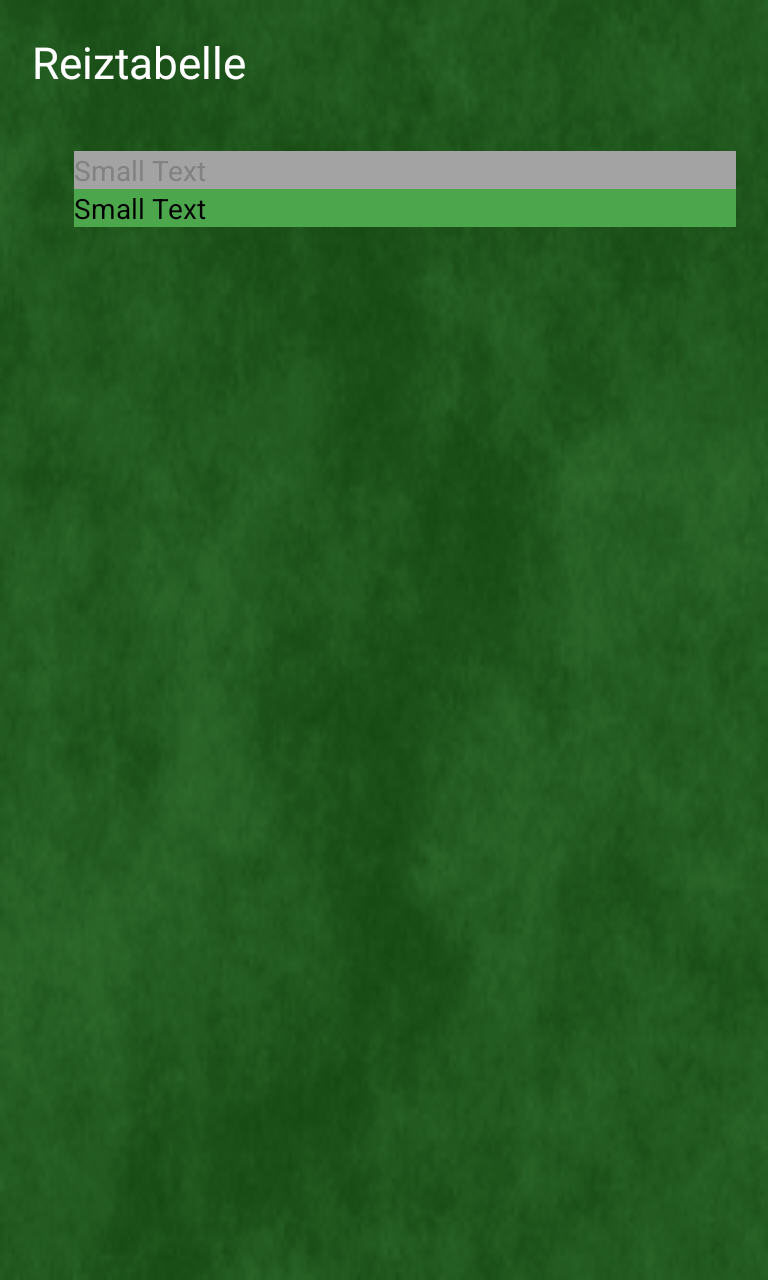
Repository: razinanu/InSy-Skat
Layout: InSy-Skat/res/layout/fragment_result.xml
The author's editor kept a copy of each file at every save. The layout is drawn from the files as they stood at one save, then again after the next save.
It is drawn on a 768 x 1280 px phone screen (xhdpi) without system bars, with theme AppTheme; the app's code is not run.

Above is the layout before, as saved 2014-06-19 18:25:57.

### InSy-Skat/res/layout/fragment_result.xml
<RelativeLayout xmlns:android="http://schemas.android.com/apk/res/android"
    xmlns:tools="http://schemas.android.com/tools"
    android:layout_width="match_parent"
    android:layout_height="match_parent"
    android:paddingBottom="@dimen/activity_vertical_margin"
    android:paddingLeft="@dimen/activity_horizontal_margin"
    android:paddingRight="@dimen/activity_horizontal_margin"
    android:paddingTop="@dimen/activity_vertical_margin"
    android:background="@drawable/hintergrundapp"
    tools:context="com.example.insy_skat.ResultActivity$PlaceholderFragment" >

     <TextView
        android:id="@+id/reizTabelleText"
        android:layout_width="wrap_content"
        android:layout_height="wrap_content"
        android:text="@string/reizenTabelle"
        android:textAppearance="?android:attr/textAppearanceLarge"
        android:textColor="#ffffff" />

     <ScrollView
         android:id="@+id/scrollView1"
         android:layout_width="match_parent"
         android:layout_height="match_parent"
         android:layout_alignLeft="@+id/reizTabelleText"
         android:layout_below="@+id/reizTabelleText"
         android:layout_marginLeft="21dp"
         android:layout_marginTop="30dp"
          android:layout_marginBottom="30dp" >

         <LinearLayout
             android:layout_width="match_parent"
             android:layout_height="wrap_content"
             android:orientation="vertical" >

             <TextView
                 android:id="@+id/textView01"
                 android:layout_width="match_parent"
                 android:layout_height="wrap_content"
                 android:textColor="@color/textnotAvailable"
                 android:background="@color/backgroundnotAvailable"
                 android:text="Small Text"
                 android:textAppearance="?android:attr/textAppearanceSmall" />
               <TextView
                 android:id="@+id/textView02"
                 android:layout_width="match_parent"
                 android:layout_height="wrap_content"
                 android:textColor="@color/textAvailable"
                 android:background="@color/backgroundAvailable"
                 android:text="Small Text"
                 android:textAppearance="?android:attr/textAppearanceSmall" />

         </LinearLayout>
     </ScrollView>

</RelativeLayout>

### InSy-Skat/res/values/strings.xml
<?xml version="1.0" encoding="utf-8"?>
<resources>

    <string name="app_name">Reizassistent</string>
    <string name="action_settings">Settings</string>
    <string name="zurueck">Zurück</string>
    <string name="weiter">Weiter</string>
    <string name="menue">Menü</string>
    <string name="abbrechen">Abbrechen</string>
    <string name="farbspielGrand">Farbspiel/Grand</string>
    <string name="nullString">Null</string>
    <string name="grand">Grand</string>
    <string name="reizassistent">Reizassistent</string>
     <string name="bubenAuswaehlen">Buben Auswählen</string>
    <string name="farbenAuswahl">Farben Auswählen</string>
    <string name="reizenTabelle">Reiztabelle</string>
    <string name="title_activity_selected_soldiers">SelectedSoldiers</string>
    <string name="title_activity_farben_auswahl">FarbenAuswahl</string>
    <string name="title_activity_result">ResultActivity</string>
    <string name="info_title">Zusätzliche Informationen</string>



</resources>

### InSy-Skat/res/values/color.xml
<?xml version="1.0" encoding="utf-8"?>
<resources>
<color name="textAvailable">#000000</color>
<color name="textnotAvailable">#828282</color>
<color name="backgroundAvailable">#4CA64C</color>
<color name="backgroundnotAvailable">#A3A3A3</color>
</resources>

Loaded but not shown: InSy-Skat/res/values-v11/styles.xml (common file); InSy-Skat/res/values/styles.xml (common file); InSy-Skat/res/values-v14/styles.xml (common file); InSy-Skat/res/values/dimens.xml (common file); InSy-Skat/res/values-w820dp/dimens.xml (common file)

After the next save:
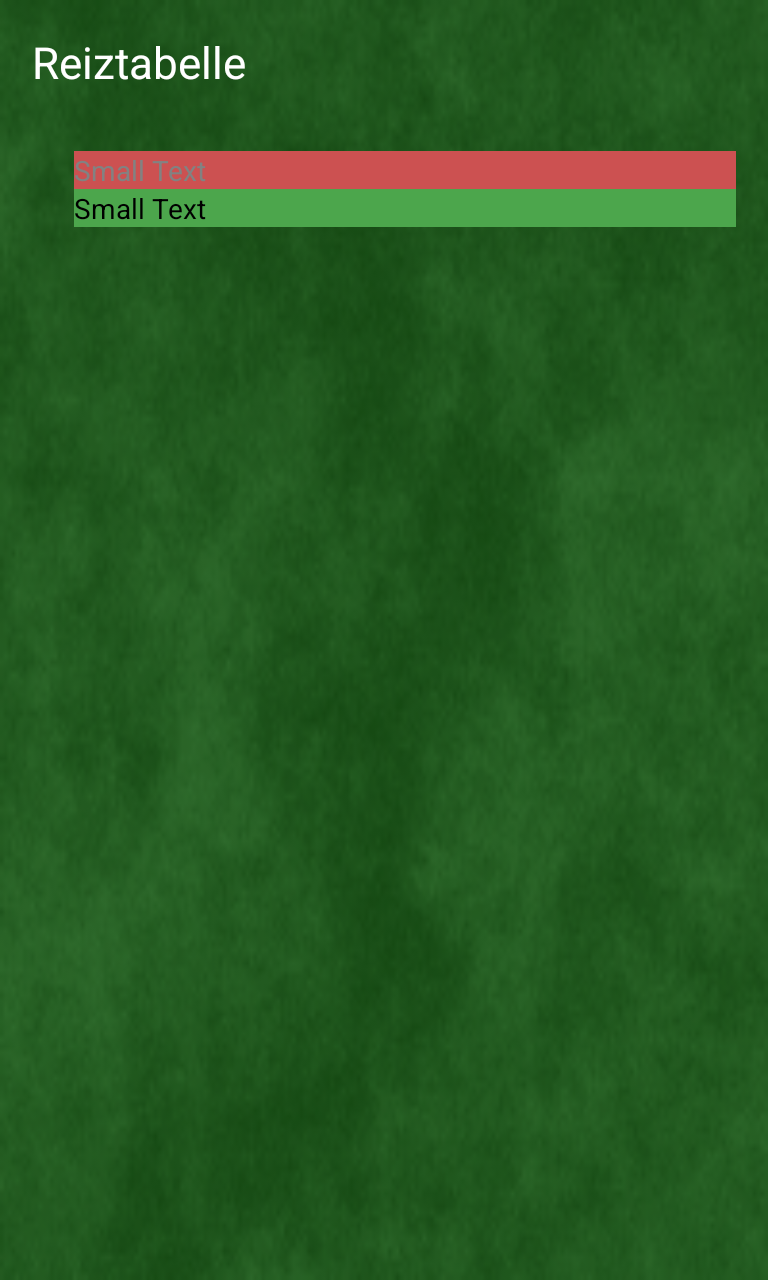
Saved 104 s later.
--- a/InSy-Skat/res/values/color.xml
+++ b/InSy-Skat/res/values/color.xml
@@ -3,5 +3,5 @@
 <color name="textAvailable">#000000</color>
 <color name="textnotAvailable">#828282</color>
 <color name="backgroundAvailable">#4CA64C</color>
-<color name="backgroundnotAvailable">#A3A3A3</color>
+<color name="backgroundnotAvailable">#CC5151</color>
 </resources>
